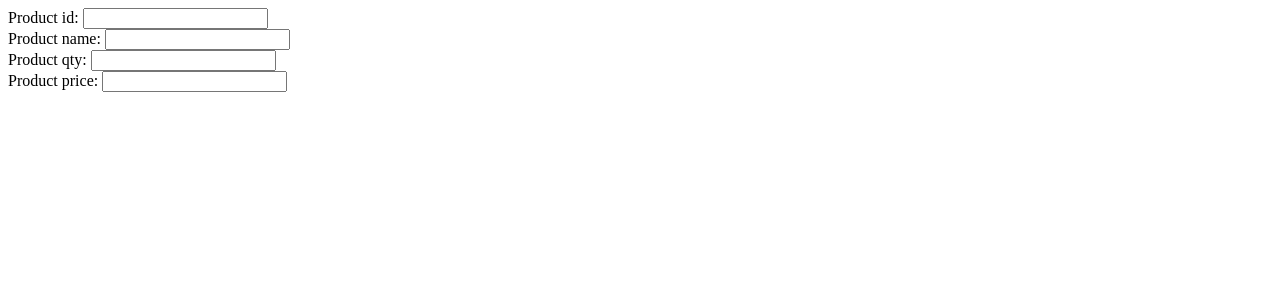
Repository: pradnyashinde20/Advance_Java
Page: http://localhost/JspUseBeanDemo/ProductForm.jsp
An editor plug-in stored every save of this project. The page is shown before and after the next save, followed by the edit.
The browser window is 1280 px wide. The pictures show the whole page.
The page is served by Tomcat 9.

Above is the page before, as saved 2025-11-26 06:53:20.

After the next save:
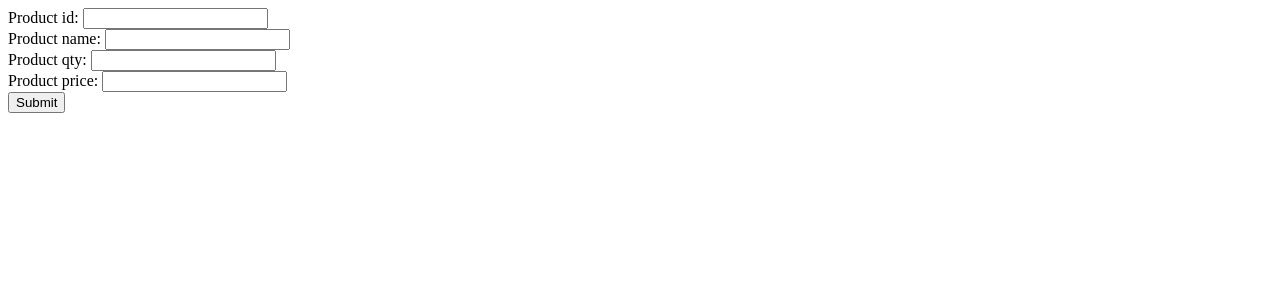
Saved 49 s later.
--- a/JspUseBeanDemo/src/main/webapp/ProductForm.jsp
+++ b/JspUseBeanDemo/src/main/webapp/ProductForm.jsp
@@ -12,6 +12,7 @@ Product id: <input type="text" name="pid" id="pid"></br>
 Product name: <input type="text" name="pname" id="pname"></br>
 Product qty: <input type="text" name="qty" id="qty"></br>
 Product price: <input type="text" name="price" id="price"></br>
+<button type=submit name="btn" id="btn">Submit</button>
 </form>
 </body>
 </html>
